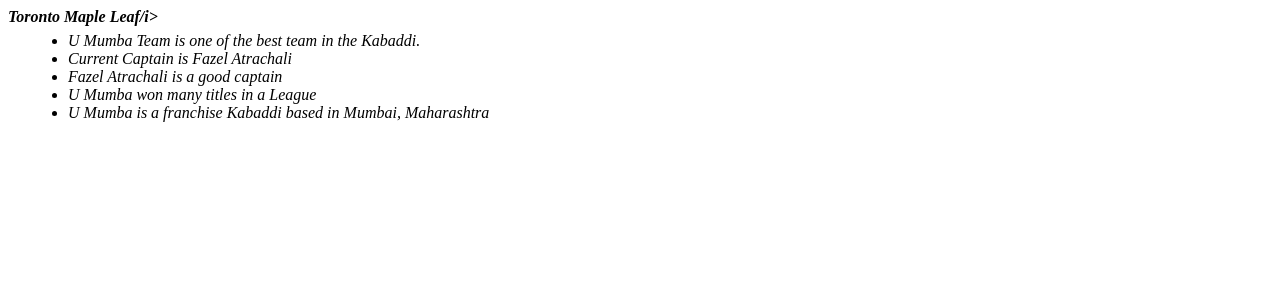
Repository: devanshudave1901/DevanshuDave_Sec002_ICE-05
Page: InfoFiles/torontoMapleLeaf.html
The author's editor kept a copy of each file at every save. The page is drawn from the files as they stood at one save, then again after the next save.
The browser window is 1280 px wide. The pictures show the whole page.

Above is the page before, as saved 2022-03-20 21:18:33.

### InfoFiles/torontoMapleLeaf.html
<!DOCTYPE html>
<html>
<head>
<meta charset="utf-8">
<title>
</title>
</head>
<body>
<div>
<b><i>Toronto Maple Leaf/i></b><ul style="margin: 6px 0px 6px 20px; text-indent: 0pt;"> <li> U Mumba Team is one of the best team in the Kabaddi.
<li >Current Captain is </b>Fazel Atrachali </li
><li > Fazel Atrachali is a good captain</li>
<li>U Mumba won many titles in a League</li>
<li>U Mumba is a franchise Kabaddi based in Mumbai, Maharashtra</li>
</div>
</body>
</html>

After the next save:
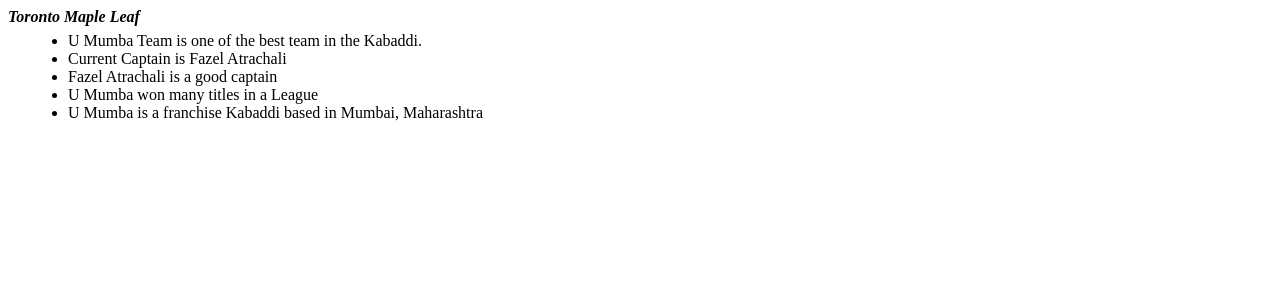
Saved 10 s later.
--- a/InfoFiles/torontoMapleLeaf.html
+++ b/InfoFiles/torontoMapleLeaf.html
@@ -7,7 +7,7 @@
 </head>
 <body>
 <div>
-<b><i>Toronto Maple Leaf/i></b><ul style="margin: 6px 0px 6px 20px; text-indent: 0pt;"> <li> U Mumba Team is one of the best team in the Kabaddi.
+<b><i>Toronto Maple Leaf</i></b><ul style="margin: 6px 0px 6px 20px; text-indent: 0pt;"> <li> U Mumba Team is one of the best team in the Kabaddi.
 <li >Current Captain is </b>Fazel Atrachali </li
 ><li > Fazel Atrachali is a good captain</li>
 <li>U Mumba won many titles in a League</li>
